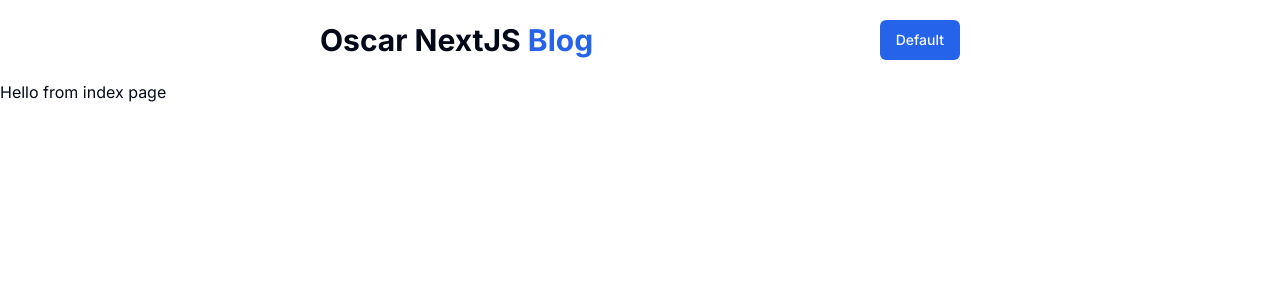
Repository: OscarXS/nextjs14-blog-1
Page: /
These files come from the project's save history. The page is drawn as it stood at one moment and after a run of saves; the edit follows.
The browser window is 1280 px wide. The pictures show the whole page.
The project was rebuilt for these pictures with package versions that can differ from the ones it lists, and the page was loaded fresh each time. The framework's server and built-in components were replaced by stand-ins that run in the browser. Also part of the build but not shown: next.config.js, next.config.mjs.

Above is the page before, as saved 2024-02-10 21:02:24.

### app/layout.tsx
import type { Metadata } from "next";
import { Inter } from "next/font/google";
import "./globals.css";
import { ThemeProvider } from "@/components/ui/theme-provider";

const inter = Inter({ subsets: ["latin"] });

export const metadata: Metadata = {
  title: "Create Next App",
  description: "Generated by create next app",
};

export default function RootLayout({
  children,
}: Readonly<{
  children: React.ReactNode;
}>) {
  return (
    <html lang="en">
      <body className={inter.className}>
      <ThemeProvider
            attribute="class"
            defaultTheme="system"
            enableSystem
            disableTransitionOnChange
          >
          {children}
        </ThemeProvider>
      </body>
    </html>
  );
}

### app/page.tsx
import Image from "next/image";
import Navbar from "./components/Navbar";

export default function Home() {
  return (
    <div>
      <Navbar />
      <h1>Hello from index page</h1>
    </div>
  );
}

### app/globals.css
@tailwind base;
@tailwind components;
@tailwind utilities;


@layer base {
    :root {
      --background: 0 0% 100%;
      --foreground: 222.2 84% 4.9%;
      --card: 0 0% 100%;
      --card-foreground: 222.2 84% 4.9%;
      --popover: 0 0% 100%;
      --popover-foreground: 222.2 84% 4.9%;
      --primary: 221.2 83.2% 53.3%;
      --primary-foreground: 210 40% 98%;
      --secondary: 210 40% 96.1%;
      --secondary-foreground: 222.2 47.4% 11.2%;
      --muted: 210 40% 96.1%;
      --muted-foreground: 215.4 16.3% 46.9%;
      --accent: 210 40% 96.1%;
      --accent-foreground: 222.2 47.4% 11.2%;
      --destructive: 0 84.2% 60.2%;
      --destructive-foreground: 210 40% 98%;
      --border: 214.3 31.8% 91.4%;
      --input: 214.3 31.8% 91.4%;
      --ring: 221.2 83.2% 53.3%;
      --radius: 0.5rem;
    }

    .dark {
      --background: 222.2 84% 4.9%;
      --foreground: 210 40% 98%;
      --card: 222.2 84% 4.9%;
      --card-foreground: 210 40% 98%;
      --popover: 222.2 84% 4.9%;
      --popover-foreground: 210 40% 98%;
      --primary: 217.2 91.2% 59.8%;
      --primary-foreground: 222.2 47.4% 11.2%;
      --secondary: 217.2 32.6% 17.5%;
      --secondary-foreground: 210 40% 98%;
      --muted: 217.2 32.6% 17.5%;
      --muted-foreground: 215 20.2% 65.1%;
      --accent: 217.2 32.6% 17.5%;
      --accent-foreground: 210 40% 98%;
      --destructive: 0 62.8% 30.6%;
      --destructive-foreground: 210 40% 98%;
      --border: 217.2 32.6% 17.5%;
      --input: 217.2 32.6% 17.5%;
      --ring: 224.3 76.3% 48%;
    }
  }


@layer base {
  * {
    @apply border-border;
  }
  body {
    @apply bg-background text-foreground;
  }
}

### app/components/Navbar.tsx
import Link from 'next/link'
import { Button } from "@/components/ui/button"


const Navbar = () => {
  return (
    <nav className='w-full mx-auto max-w-2xl px-4 py-5 relative flex items-center justify-between'>
        <Link href='/' className='font-bold text-3xl'>
            Oscar NextJS <span className='text-primary'>Blog</span>
        </Link>
        <Button variant="default">Default</Button>
    </nav>
  )
}

export default Navbar

### components/ui/button.tsx
import * as React from "react"
import { Slot } from "@radix-ui/react-slot"
import { cva, type VariantProps } from "class-variance-authority"

import { cn } from "@/lib/utils"

const buttonVariants = cva(
  "inline-flex items-center justify-center whitespace-nowrap rounded-md text-sm font-medium ring-offset-background transition-colors focus-visible:outline-none focus-visible:ring-2 focus-visible:ring-ring focus-visible:ring-offset-2 disabled:pointer-events-none disabled:opacity-50",
  {
    variants: {
      variant: {
        default: "bg-primary text-primary-foreground hover:bg-primary/90",
        destructive:
          "bg-destructive text-destructive-foreground hover:bg-destructive/90",
        outline:
          "border border-input bg-background hover:bg-accent hover:text-accent-foreground",
        secondary:
          "bg-secondary text-secondary-foreground hover:bg-secondary/80",
        ghost: "hover:bg-accent hover:text-accent-foreground",
        link: "text-primary underline-offset-4 hover:underline",
      },
      size: {
        default: "h-10 px-4 py-2",
        sm: "h-9 rounded-md px-3",
        lg: "h-11 rounded-md px-8",
        icon: "h-10 w-10",
      },
    },
    defaultVariants: {
      variant: "default",
      size: "default",
    },
  }
)

export interface ButtonProps
  extends React.ButtonHTMLAttributes<HTMLButtonElement>,
    VariantProps<typeof buttonVariants> {
  asChild?: boolean
}

const Button = React.forwardRef<HTMLButtonElement, ButtonProps>(
  ({ className, variant, size, asChild = false, ...props }, ref) => {
    const Comp = asChild ? Slot : "button"
    return (
      <Comp
        className={cn(buttonVariants({ variant, size, className }))}
        ref={ref}
        {...props}
      />
    )
  }
)
Button.displayName = "Button"

export { Button, buttonVariants }

### app/components/ModeToggle.tsx
"use client"

import * as React from "react"
import { useTheme } from "next-themes"

import { Button } from "@/components/ui/button"
import { Moon, Sun } from "lucide-react"
import { DropdownMenu, DropdownMenuContent, DropdownMenuItem, DropdownMenuTrigger } from "@/components/ui/dropdown-menu"

export function ModeToggle() {
  const { setTheme } = useTheme()

  return (
    <DropdownMenu>
      <DropdownMenuTrigger asChild>
        <Button variant="outline" size="icon">
          <Sun className="h-[1.2rem] w-[1.2rem] rotate-0 scale-100 transition-all dark:-rotate-90 dark:scale-0" />
          <Moon className="absolute h-[1.2rem] w-[1.2rem] rotate-90 scale-0 transition-all dark:rotate-0 dark:scale-100" />
          <span className="sr-only">Toggle theme</span>
        </Button>
      </DropdownMenuTrigger>
      <DropdownMenuContent align="end">
        <DropdownMenuItem onClick={() => setTheme("light")}>
          Light
        </DropdownMenuItem>
        <DropdownMenuItem onClick={() => setTheme("dark")}>
          Dark
        </DropdownMenuItem>
        <DropdownMenuItem onClick={() => setTheme("system")}>
          System
        </DropdownMenuItem>
      </DropdownMenuContent>
    </DropdownMenu>
  )
}

### components/ui/dropdown-menu.tsx
"use client"

import * as React from "react"
import * as DropdownMenuPrimitive from "@radix-ui/react-dropdown-menu"
import { Check, ChevronRight, Circle } from "lucide-react"

import { cn } from "@/lib/utils"

const DropdownMenu = DropdownMenuPrimitive.Root

const DropdownMenuTrigger = DropdownMenuPrimitive.Trigger

const DropdownMenuGroup = DropdownMenuPrimitive.Group

const DropdownMenuPortal = DropdownMenuPrimitive.Portal

const DropdownMenuSub = DropdownMenuPrimitive.Sub

const DropdownMenuRadioGroup = DropdownMenuPrimitive.RadioGroup

const DropdownMenuSubTrigger = React.forwardRef<
  React.ElementRef<typeof DropdownMenuPrimitive.SubTrigger>,
  React.ComponentPropsWithoutRef<typeof DropdownMenuPrimitive.SubTrigger> & {
    inset?: boolean
  }
>(({ className, inset, children, ...props }, ref) => (
  <DropdownMenuPrimitive.SubTrigger
    ref={ref}
    className={cn(
      "flex cursor-default select-none items-center rounded-sm px-2 py-1.5 text-sm outline-none focus:bg-accent data-[state=open]:bg-accent",
      inset && "pl-8",
      className
    )}
    {...props}
  >
    {children}
    <ChevronRight className="ml-auto h-4 w-4" />
  </DropdownMenuPrimitive.SubTrigger>
))
DropdownMenuSubTrigger.displayName =
  DropdownMenuPrimitive.SubTrigger.displayName

const DropdownMenuSubContent = React.forwardRef<
  React.ElementRef<typeof DropdownMenuPrimitive.SubContent>,
  React.ComponentPropsWithoutRef<typeof DropdownMenuPrimitive.SubContent>
>(({ className, ...props }, ref) => (
  <DropdownMenuPrimitive.SubContent
    ref={ref}
    className={cn(
      "z-50 min-w-[8rem] overflow-hidden rounded-md border bg-popover p-1 text-popover-foreground shadow-lg data-[state=open]:animate-in data-[state=closed]:animate-out data-[state=closed]:fade-out-0 data-[state=open]:fade-in-0 data-[state=closed]:zoom-out-95 data-[state=open]:zoom-in-95 data-[side=bottom]:slide-in-from-top-2 data-[side=left]:slide-in-from-right-2 data-[side=right]:slide-in-from-left-2 data-[side=top]:slide-in-from-bottom-2",
      className
    )}
    {...props}
  />
))
DropdownMenuSubContent.displayName =
  DropdownMenuPrimitive.SubContent.displayName

const DropdownMenuContent = React.forwardRef<
  React.ElementRef<typeof DropdownMenuPrimitive.Content>,
  React.ComponentPropsWithoutRef<typeof DropdownMenuPrimitive.Content>
>(({ className, sideOffset = 4, ...props }, ref) => (
  <DropdownMenuPrimitive.Portal>
    <DropdownMenuPrimitive.Content
      ref={ref}
      sideOffset={sideOffset}
      className={cn(
        "z-50 min-w-[8rem] overflow-hidden rounded-md border bg-popover p-1 text-popover-foreground shadow-md data-[state=open]:animate-in data-[state=closed]:animate-out data-[state=closed]:fade-out-0 data-[state=open]:fade-in-0 data-[state=closed]:zoom-out-95 data-[state=open]:zoom-in-95 data-[side=bottom]:slide-in-from-top-2 data-[side=left]:slide-in-from-right-2 data-[side=right]:slide-in-from-left-2 data-[side=top]:slide-in-from-bottom-2",
        className
      )}
      {...props}
    />
  </DropdownMenuPrimitive.Portal>
))
DropdownMenuContent.displayName = DropdownMenuPrimitive.Content.displayName

const DropdownMenuItem = React.forwardRef<
  React.ElementRef<typeof DropdownMenuPrimitive.Item>,
  React.ComponentPropsWithoutRef<typeof DropdownMenuPrimitive.Item> & {
    inset?: boolean
  }
>(({ className, inset, ...props }, ref) => (
  <DropdownMenuPrimitive.Item
    ref={ref}
    className={cn(
      "relative flex cursor-default select-none items-center rounded-sm px-2 py-1.5 text-sm outline-none transition-colors focus:bg-accent focus:text-accent-foreground data-[disabled]:pointer-events-none data-[disabled]:opacity-50",
      inset && "pl-8",
      className
    )}
    {...props}
  />
))
DropdownMenuItem.displayName = DropdownMenuPrimitive.Item.displayName

const DropdownMenuCheckboxItem = React.forwardRef<
  React.ElementRef<typeof DropdownMenuPrimitive.CheckboxItem>,
  React.ComponentPropsWithoutRef<typeof DropdownMenuPrimitive.CheckboxItem>
>(({ className, children, checked, ...props }, ref) => (
  <DropdownMenuPrimitive.CheckboxItem
    ref={ref}
    className={cn(
      "relative flex cursor-default select-none items-center rounded-sm py-1.5 pl-8 pr-2 text-sm outline-none transition-colors focus:bg-accent focus:text-accent-foreground data-[disabled]:pointer-events-none data-[disabled]:opacity-50",
      className
    )}
    checked={checked}
    {...props}
  >
    <span className="absolute left-2 flex h-3.5 w-3.5 items-center justify-center">
      <DropdownMenuPrimitive.ItemIndicator>
        <Check className="h-4 w-4" />
      </DropdownMenuPrimitive.ItemIndicator>
    </span>
    {children}
  </DropdownMenuPrimitive.CheckboxItem>
))
DropdownMenuCheckboxItem.displayName =
  DropdownMenuPrimitive.CheckboxItem.displayName

const DropdownMenuRadioItem = React.forwardRef<
  React.ElementRef<typeof DropdownMenuPrimitive.RadioItem>,
  React.ComponentPropsWithoutRef<typeof DropdownMenuPrimitive.RadioItem>
>(({ className, children, ...props }, ref) => (
  <DropdownMenuPrimitive.RadioItem
    ref={ref}
    className={cn(
      "relative flex cursor-default select-none items-center rounded-sm py-1.5 pl-8 pr-2 text-sm outline-none transition-colors focus:bg-accent focus:text-accent-foreground data-[disabled]:pointer-events-none data-[disabled]:opacity-50",
      className
    )}
    {...props}
  >
    <span className="absolute left-2 flex h-3.5 w-3.5 items-center justify-center">
      <DropdownMenuPrimitive.ItemIndicator>
        <Circle className="h-2 w-2 fill-current" />
      </DropdownMenuPrimitive.ItemIndicator>
    </span>
    {children}
  </DropdownMenuPrimitive.RadioItem>
))
DropdownMenuRadioItem.displayName = DropdownMenuPrimitive.RadioItem.displayName

const DropdownMenuLabel = React.forwardRef<
  React.ElementRef<typeof DropdownMenuPrimitive.Label>,
  React.ComponentPropsWithoutRef<typeof DropdownMenuPrimitive.Label> & {
    inset?: boolean
  }
>(({ className, inset, ...props }, ref) => (
  <DropdownMenuPrimitive.Label
    ref={ref}
    className={cn(
      "px-2 py-1.5 text-sm font-semibold",
      inset && "pl-8",
      className
    )}
    {...props}
  />
))
DropdownMenuLabel.displayName = DropdownMenuPrimitive.Label.displayName

const DropdownMenuSeparator = React.forwardRef<
  React.ElementRef<typeof DropdownMenuPrimitive.Separator>,
  React.ComponentPropsWithoutRef<typeof DropdownMenuPrimitive.Separator>
>(({ className, ...props }, ref) => (
  <DropdownMenuPrimitive.Separator
    ref={ref}
    className={cn("-mx-1 my-1 h-px bg-muted", className)}
    {...props}
  />
))
DropdownMenuSeparator.displayName = DropdownMenuPrimitive.Separator.displayName

const DropdownMenuShortcut = ({
  className,
  ...props
}: React.HTMLAttributes<HTMLSpanElement>) => {
  return (
    <span
      className={cn("ml-auto text-xs tracking-widest opacity-60", className)}
      {...props}
    />
  )
}
DropdownMenuShortcut.displayName = "DropdownMenuShortcut"

export {
  DropdownMenu,
  DropdownMenuTrigger,
  DropdownMenuContent,
  DropdownMenuItem,
  DropdownMenuCheckboxItem,
  DropdownMenuRadioItem,
  DropdownMenuLabel,
  DropdownMenuSeparator,
  DropdownMenuShortcut,
  DropdownMenuGroup,
  DropdownMenuPortal,
  DropdownMenuSub,
  DropdownMenuSubContent,
  DropdownMenuSubTrigger,
  DropdownMenuRadioGroup,
}

Loaded but not shown: components/ui/theme-provider.tsx (common file); lib/utils.ts (common file); tailwind.config.ts (common file)

After the next 11 saves:
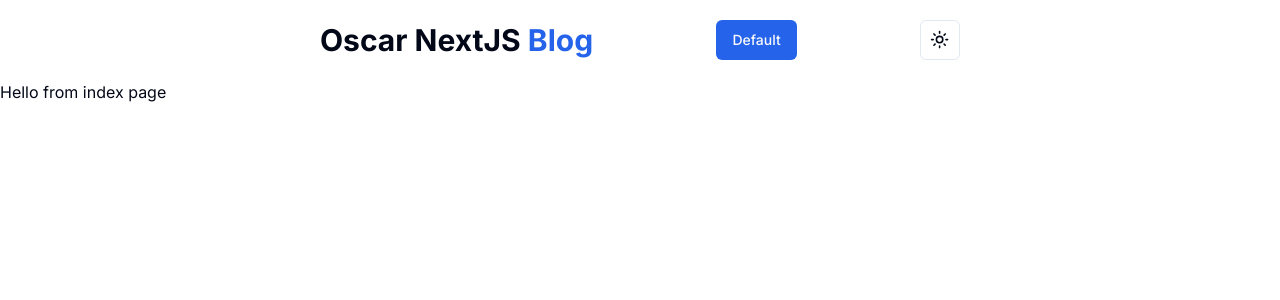
The 11 saves are shown as one change because 1 did not build or start and some came seconds apart.
The last was saved 53 s later.
--- a/app/components/Navbar.tsx
+++ b/app/components/Navbar.tsx
@@ -1,5 +1,6 @@
 import Link from 'next/link'
 import { Button } from "@/components/ui/button"
+import { ModeToggle } from './ModeToggle'
 
 
 const Navbar = () => {
@@ -9,6 +10,7 @@
             Oscar NextJS <span className='text-primary'>Blog</span>
         </Link>
         <Button variant="default">Default</Button>
+        <ModeToggle />
     </nav>
   )
 }
